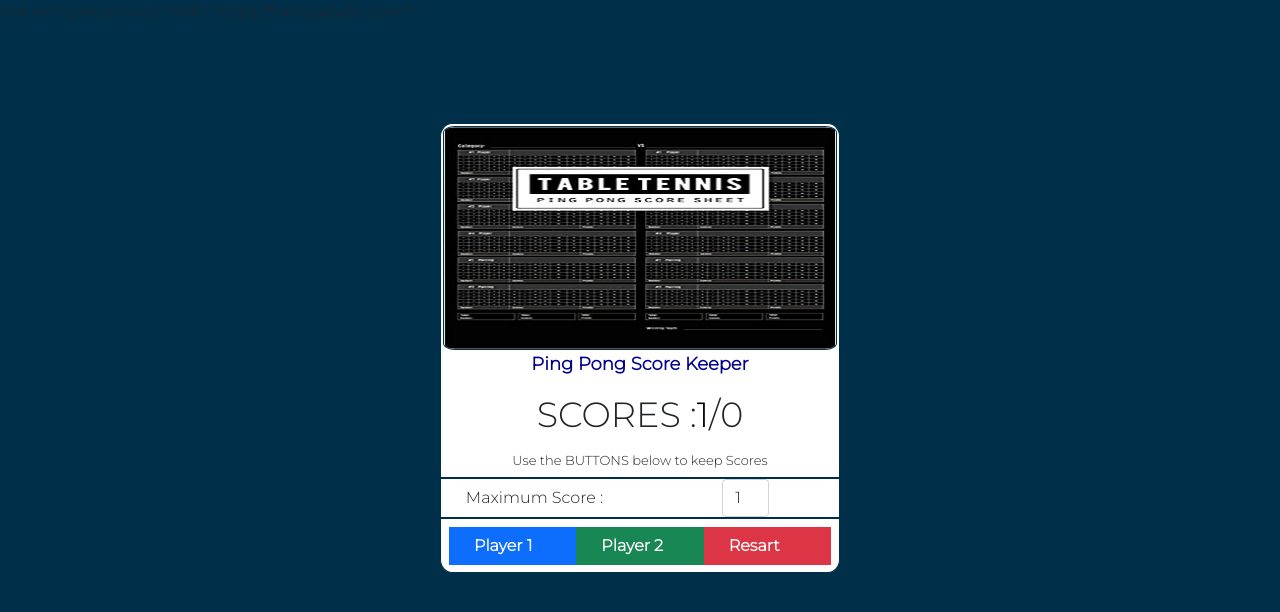
Repository: uditjain100/JavaScript-for-Web
Page: 9.Score Keeper Project/sk.html
These files come from the project's save history. The page is drawn as it stood at one moment and after the next save; the edit follows.
The browser window is 1280 px wide. The pictures show the whole page.
After loading, the first visible `#p1_btn` was clicked once.

Above is the page before, as saved 2021-01-22 22:24:03.

### 9.Score Keeper Project/sk.html
<!DOCTYPE html>
<html lang="en">
  <head>
    <meta charset="UTF-8" />
    <meta name="viewport" content="width=device-width, initial-scale=1.0" />
    <title>Score Keeper</title>
    <link
      href="https://cdn.jsdelivr.net/npm/bootstrap@5.0.0-beta1/dist/css/bootstrap.min.css"
      rel="stylesheet"
      integrity="sha384-giJF6kkoqNQ00vy+HMDP7azOuL0xtbfIcaT9wjKHr8RbDVddVHyTfAAsrekwKmP1"
      crossorigin="anonymous"
    />
    link rel="preconnect" href="https://fonts.gstatic.com">
    <link
      href="https://fonts.googleapis.com/css2?family=Montserrat:wght@300&display=swap"
      rel="stylesheet"
    />
    <link rel="stylesheet" href="app.css" />
  </head>
  <body>
    <div class="container">
      <div id="mainbody" class="main" style="height: 450px">
        <img
          src="image.png"
          alt="Table_Tennis"
          class="img-fluid mx-auto"
          style="width: 99%; height: 50%"
        />

        <h6 id="heading" class="diaply-10">Ping Pong Score Keeper</h6>

        <div id="scores" class="scores m-2 p-1 mx-auto">
          <span id="score1" class="score">SCORES :</span>
          <span id="score2" class="score">0</span
          ><span id="score3" class="score">/</span
          ><span id="score4" class="score">0</span>
        </div>

        <h6 id="instruction">Use the BUTTONS below to keep Scores</h6>

        <div id="maxScores" class="row">
          <div class="col-6">
            <h6 id="max_score" class="display-10 fw-4">Maximum Score :</h6>
          </div>
          <div id="select_02" class="col-2">
            <select class="form-control" name="max-score" id="max-score">
              <option value="1">1</option>
              <option value="2">2</option>
              <option value="3">3</option>
              <option value="4">4</option>
              <option value="5">5</option>
            </select>
          </div>
        </div>

        <div id="allbtns" class="row m-2">
          <div class="col-4 bg-primary">
            <button id="p1_btn" class="btn">Player 1</button>
          </div>
          <div class="col-4 bg-success">
            <button id="p2_btn" class="btn">Player 2</button>
          </div>
          <div class="col-4 bg-danger">
            <button id="reset" class="btn">Resart</button>
          </div>
        </div>

        <!-- ********************* -->
      </div>
    </div>

    <script src="app.js"></script>
  </body>
</html>

### 9.Score Keeper Project/app.css
body {
  background-color: #003049;
  font-family: "Montserrat";
}

.container {
  display: flex;
  justify-content: center;
  align-items: center;
  min-height: 90vh;
}

img {
  display: flex;
  justify-content: center;
  margin-top: 2px;
  border: 0.5px #003049 solid;
  border-radius: 3%;
}

#mainbody {
  background-color: white;
  border: 0.5px #003049 solid;
  border-radius: 3%;
  width: 400px;
}

#heading {
  margin: 3px;
  padding: 1px;
  text-align: center;
  color: darkblue;
  font-weight: 900;
  font-size: large;
  font-family: "Montserrat";
}

#scores {
  display: flex;
  justify-content: center;
  align-items: center;
}

#instruction {
  text-align: center;
  font-size: small;
}

#maxScores {
  display: flex;
  align-items: center;
  border-top: 2px #003049 solid;
  border-bottom: 2px #003049 solid;
}

#max_score {
  padding: 2px;
  margin: 0px auto;
  text-align: center;
}

#select_02 {
  margin: 0px auto;
}

#score1 {
  text-align: center;
  font-size: 35px;
}
#score2 {
  text-align: center;
  font-size: 35px;
}
#score3 {
  text-align: center;
  font-size: 35px;
}
#score4 {
  text-align: center;
  font-size: 35px;
}

.btn {
  color: white;
  font-weight: 900;
}

### 9.Score Keeper Project/app.js
var p1_score = document.querySelector("#score2");
var p2_score = document.querySelector("#score4");

var p1_btn = document.querySelector("#p1_btn");
var p2_btn = document.querySelector("#p2_btn");
var reset_btn = document.querySelector("#reset");

var i = 0;
var j = 0;
var max = 5;

p1_btn.addEventListener("click", () => {
  if (i + 1 === max) {
    p1_score.innerText = ++i;
    p1_score.style.color = "Green";
    i = 0;
    alert("Restart Game :)");
  } else {
    console.log("Heyyyyyyyyyyyy !!");
    p1_score.style.color = "Black";
    p1_score.innerText = ++i;
  }
});

After the next save:
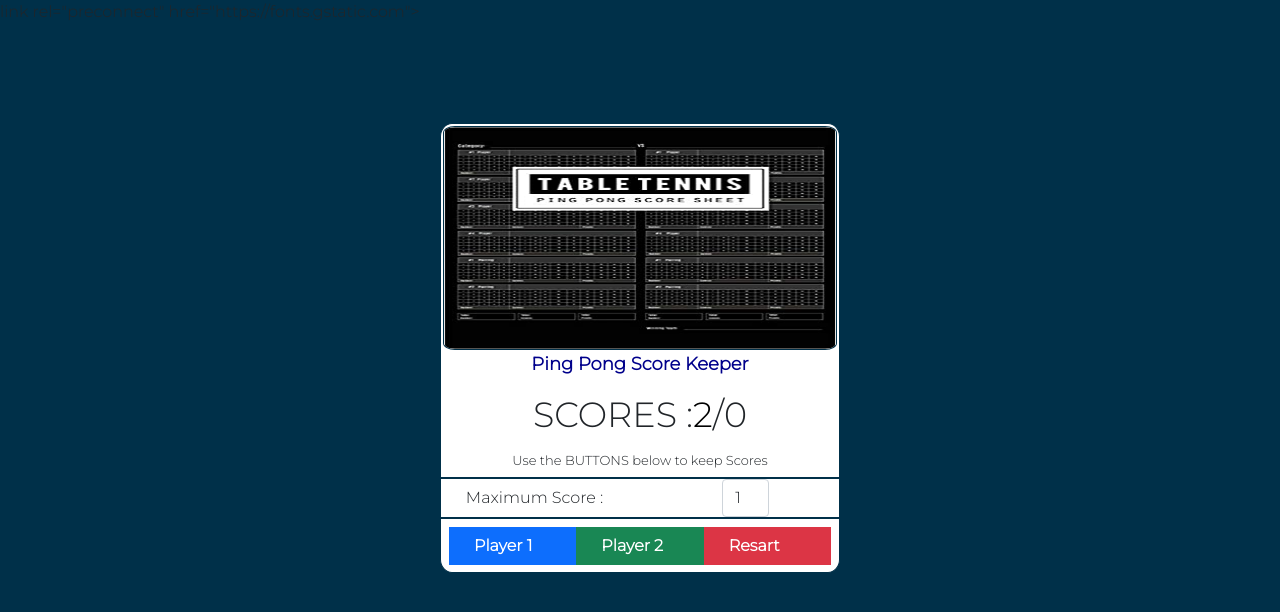
Saved 9 s later.
--- a/9.Score Keeper Project/app.js
+++ b/9.Score Keeper Project/app.js
@@ -21,3 +21,16 @@ p1_btn.addEventListener("click", () => {
     p1_score.innerText = ++i;
   }
 });
+
+p1_btn.addEventListener("click", () => {
+  if (i + 1 === max) {
+    p1_score.innerText = ++i;
+    p1_score.style.color = "Green";
+    i = 0;
+    alert("Restart Game :)");
+  } else {
+    console.log("Heyyyyyyyyyyyy !!");
+    p1_score.style.color = "Black";
+    p1_score.innerText = ++i;
+  }
+});

After the save that followed:
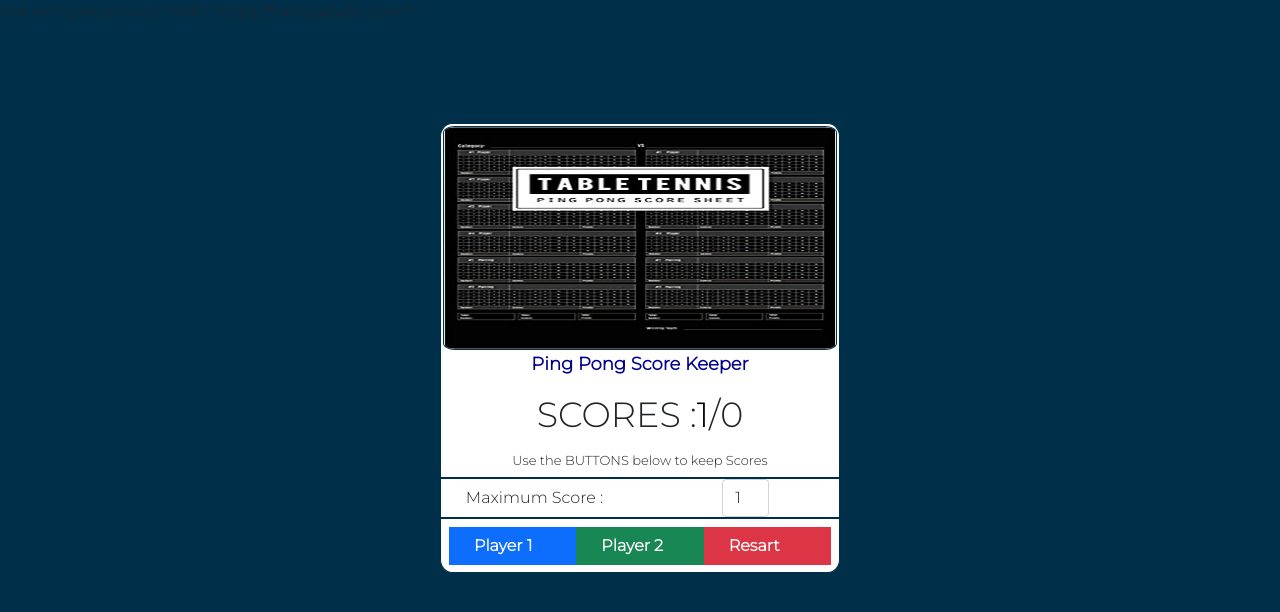
Saved 59 s later.
--- a/9.Score Keeper Project/app.js
+++ b/9.Score Keeper Project/app.js
@@ -13,6 +13,7 @@ p1_btn.addEventListener("click", () => {
   if (i + 1 === max) {
     p1_score.innerText = ++i;
     p1_score.style.color = "Green";
+    p2_score.style.color = "Red";
     i = 0;
     alert("Restart Game :)");
   } else {
@@ -22,15 +23,16 @@ p1_btn.addEventListener("click", () => {
   }
 });
 
-p1_btn.addEventListener("click", () => {
+p2_btn.addEventListener("click", () => {
   if (i + 1 === max) {
-    p1_score.innerText = ++i;
-    p1_score.style.color = "Green";
-    i = 0;
+    p2_score.innerText = ++j;
+    p2_score.style.color = "Green";
+    p1_score.style.color = "Red";
+    j = 0;
     alert("Restart Game :)");
   } else {
     console.log("Heyyyyyyyyyyyy !!");
-    p1_score.style.color = "Black";
-    p1_score.innerText = ++i;
+    p2_score.style.color = "Black";
+    p2_score.innerText = ++j;
   }
 });
